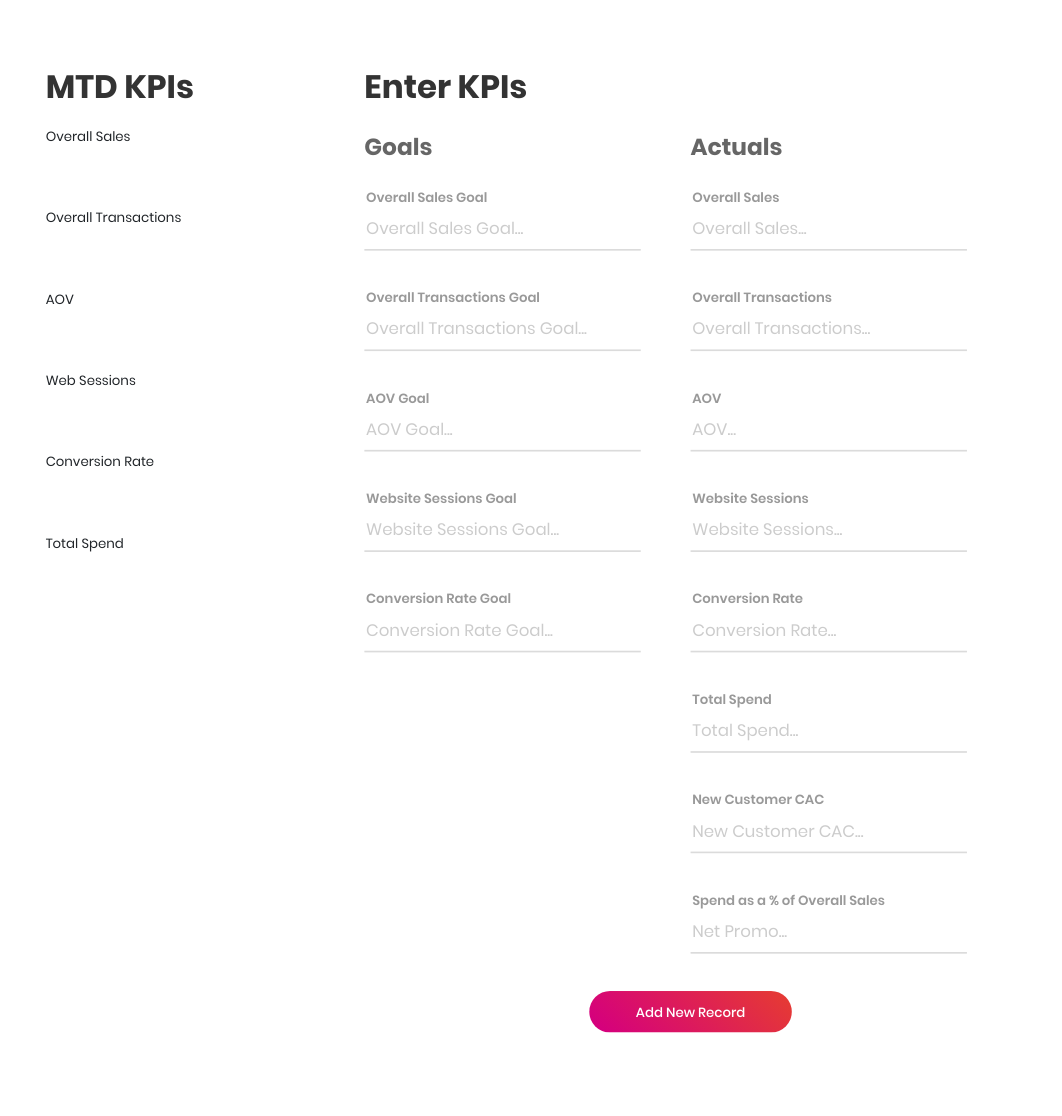
Repository: jameyel/kpi-entry
Page: index.html
The author's editor kept a copy of each file at every save. The page is drawn from the files as they stood at one save, then again after the next save.
The browser window is 1280 px wide. The pictures show the whole page, at 83% of full size.
The page's requests for data from a server got no answer.

Above is the page before, as saved 2018-12-10 13:59:43.

After the next save:
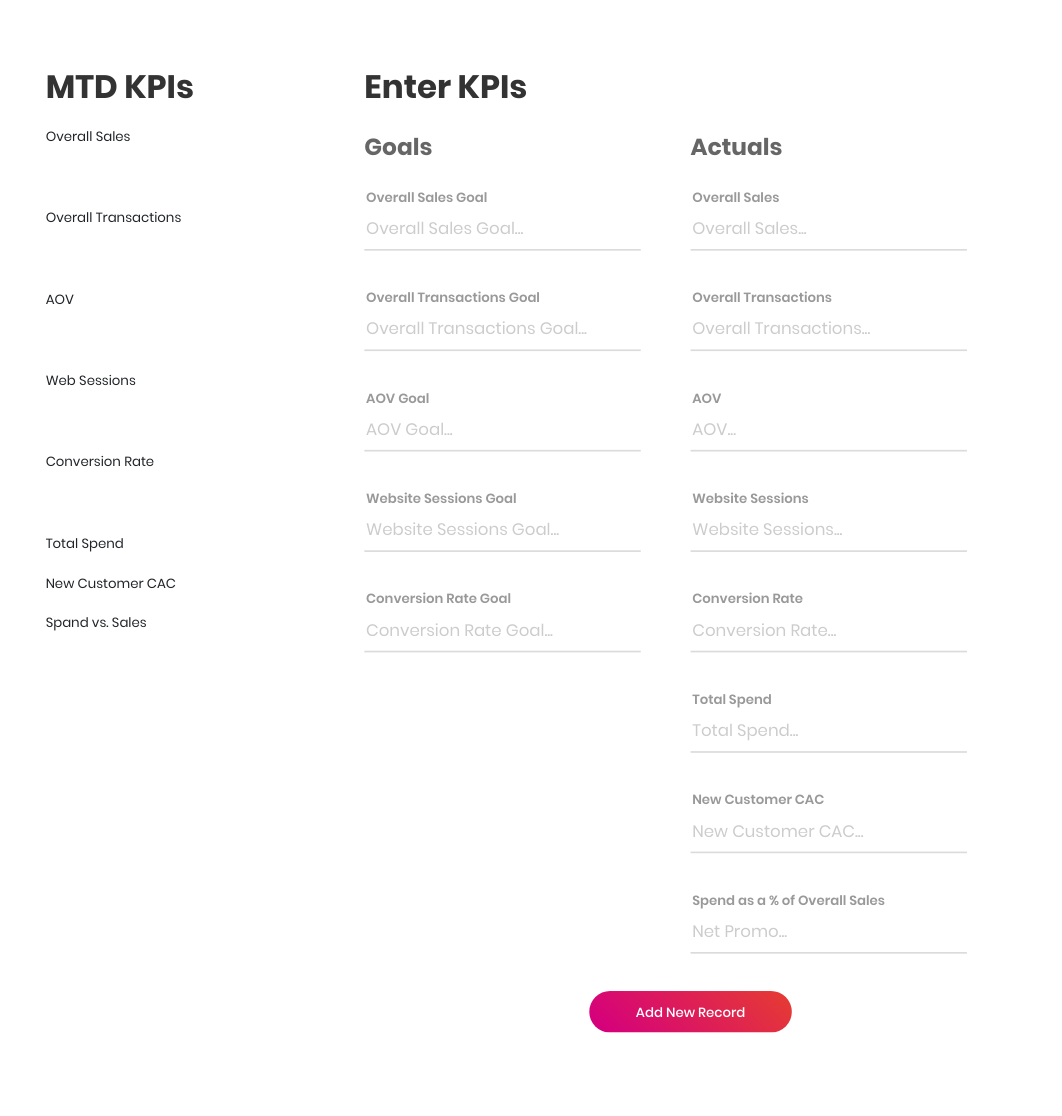
Console error: SyntaxError: Unexpected end of input
Saved 96 s later.
--- a/index.html
+++ b/index.html
@@ -133,6 +133,16 @@
         <div class="kpi-wrapper">
           <span class="bar-label">Total Spend</span>
           <div class="label-center total-spend"></div>
+        </div>
+
+        <div class="kpi-wrapper">
+          <span class="bar-label">New Customer CAC</span>
+          <div class="label-center new-cust-cac"></div>
+        </div>
+
+        <div class="kpi-wrapper">
+          <span class="bar-label">Spand vs. Sales</span>
+          <div class="label-center spend-vs-sales"></div>
         </div>
       </div>
 
--- a/js/chart-custom.js
+++ b/js/chart-custom.js
@@ -41,7 +41,9 @@ function createCharts(data) {
     preset: 'energy'
   });
   crBar.set(getPercentage(data.conv_rate_goal, data.conv_rate));
-}
+
+  // Conversion Rate
+  $('total-spend').html(data.total_spend);
 
 function getPercentage(goal, actual) {
   if (goal && actual) {
